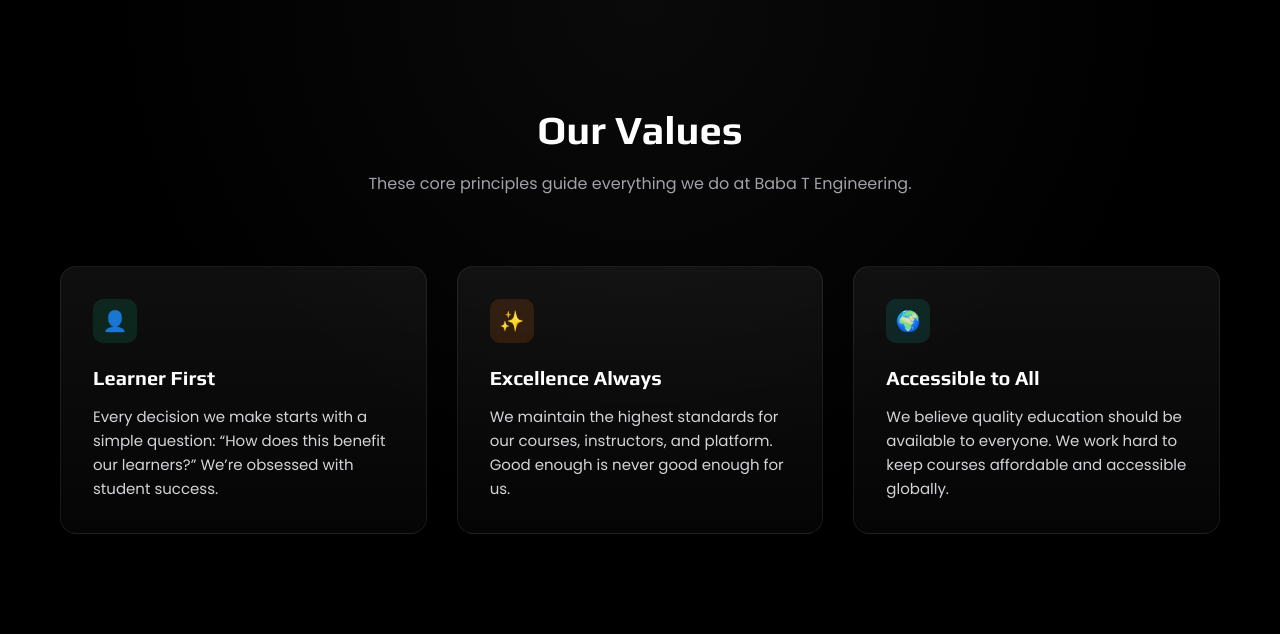
Repository: KC-Minchakpu/babatunde
Page: /
These files come from the project's save history. The page is drawn as it stood at one moment and after the next save; the edit follows.
The browser window is 1280 px wide. The pictures show the part of the page from y = 934 to 1697 px (the page is 1568 px tall before and 2346 px after).
Pictures or frames that could not be fetched are drawn as grey boxes. The project was rebuilt for these pictures with package versions that can differ from the ones it lists, and the page was loaded fresh each time. The framework's server and built-in components were replaced by stand-ins that run in the browser. Also part of the build but not shown: next.config.ts.

Above is the page before, as saved 2026-02-14 22:19:48.

After the next save:
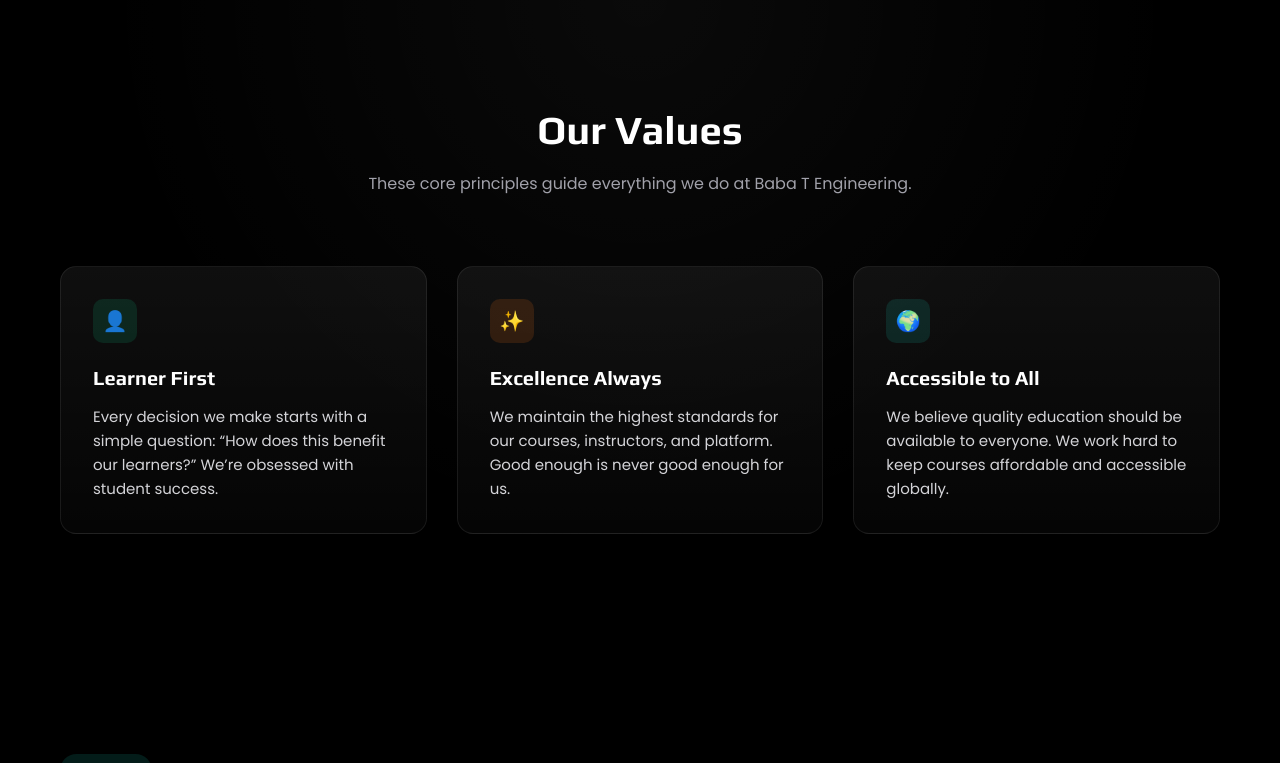
Saved 66 s later.
--- a/src/app/page.tsx
+++ b/src/app/page.tsx
@@ -1,5 +1,6 @@
 import Hero from "@/components/Hero/Hero";
 import Values from "@/components/Values/Values";
+import Story from "@/components/Story/Story";
 
 
 export default function Home() {
@@ -8,6 +9,7 @@ export default function Home() {
      <main>
       <Hero />
       <Values />
+      <Story />
      </main>
     </>
   );
